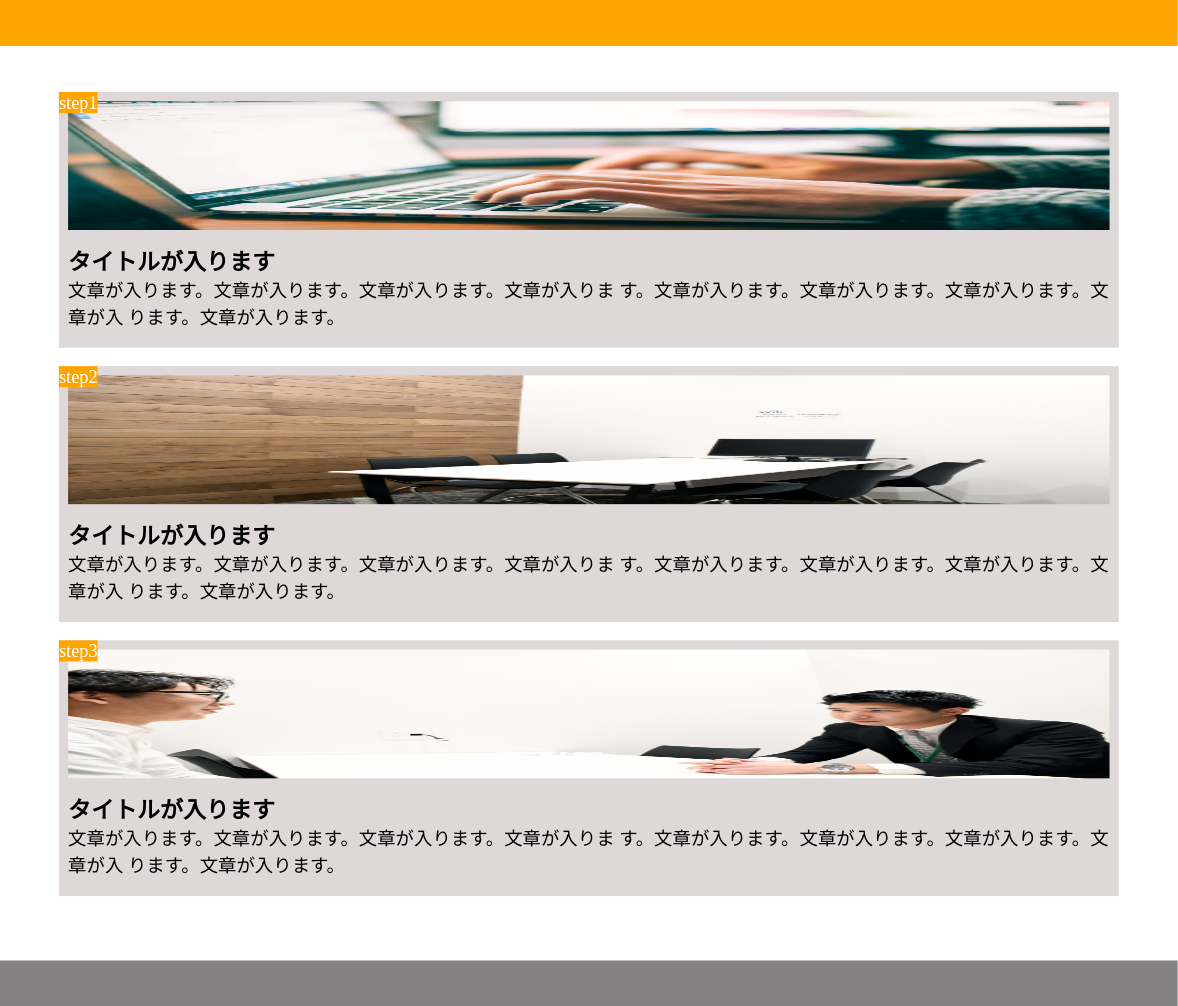
Repository: ishidaryu/ishidaryu
Page: HW/HW.html
The author's editor kept a record of every edit. The page is drawn from the files as they stood at one moment, then again after the next edit.
The browser window is 1280 px wide. The pictures show the whole page, at 92% of full size.

Above is the page before.

### HW/HW.html
<!DOCTYPE html>
<html lang="ja">

  <head>
     <meta charset="UTF-8" />
     <link rel="stylesheet" href="HW.css" />
  </head>

  <body>

    <header></header>


    <main>
      <section class="blog">
        <div calss-="blog-box">

          <div class="blog-item">
            <div class="blog-box1">
              <img class="blog-image" src="flow01.png" />
              <p style="text-align:center">
                step1
              </p>
            </div>

              <section class="blog-text">
                <h3 class="blog-text-headimg">
                  <p class="blog-title">
                    タイトルが入ります
                  </p>
                </h3>
              <p class="blog-date">
                文章が入ります。文章が入ります。文章が入ります。文章が入りま
                す。文章が入ります。文章が入ります。文章が入ります。文章が入
                ります。文章が入ります。
                </p>
              </section>
            </div>

          <div class="blog-item">
            <div class="blog-box2">

              <img class="blog-image" src="flow02.png" />
               <p style="text-align:center">
                step2
               </p>
            </div>

                <section class="blog-text">
                  <h3 class="blog-text-headimg">
                    <p class="blog-title">
                      タイトルが入ります
                    </p>
                  </h3>
                <p class="blog-date">
                      文章が入ります。文章が入ります。文章が入ります。文章が入りま
                      す。文章が入ります。文章が入ります。文章が入ります。文章が入
                      ります。文章が入ります。
                </p>
                </section>
          </div>

          <div class="blog-item">
            <div class="blog-box3">
              <img class="blog-image" src="flow03.png" />
              <p style="text-align:center">
                step3
              </p>
            </div>
                <section class="blog-text">
                  <h3 class="blog-text-headimg">
                    <p class="blog-title">
                      タイトルが入ります
                    </p>
                </h3>
              <p class="blog-date">
                      文章が入ります。文章が入ります。文章が入ります。文章が入りま
                      す。文章が入ります。文章が入ります。文章が入ります。文章が入
                      ります。文章が入ります。
                </p>
                </section>
            </div>

        </div>
        </section>


    </main>


    <footer></footer>

  </body>
</html>

### HW/HW.css
* {
  margin: 0;
  padding: 0;
  box-sizing: border-box;

}



a {
  text-decoration: none;
}

header {
  width: 100%;
  height: 50px;
  background-color: orange;
}

main {
  width: 100%;
  display: flex;
  justify-content: center;
  margin: 0 auto;
  padding: 50px 0;
}

.blog {
  width: 90%;
  display: flex;
}


.blog-box {
  display: flex;
  flex-warp: wrap;
  padding-top: 50px;
}

.blog-box1 {
  position: relative;
}

.blog-box1 p {
  position: absolute;
  color: white;
  top: 0;
  left: 0;
  margin: 0;
  background: orange;
  font-size: 20px;
}

.blog-box2 {
  position: relative;
}

.blog-box2 p {
  position: absolute;
  color: white;
  top: 0;
  left: 0;
  margin: 0;
  background: orange;
  font-size: 20px;
}

.blog-box3 {
  position: relative;
}

.blog-box3 p {
  position: absolute;
  color: white;
  top: 0;
  left: 0;
  margin: 0;
  background: orange;
  font-size: 20px;
}

.blog-item {
  padding-bottom: 10px;
  margin-bottom: 20px;

  justify-content: flex-start;
  background-color: #dfd8d8;
}

.blog-image {
  width: 100%;
  height: 150px;
  padding: 10px 10px 0 10px;
}

.blog-text {
  padding: 10px;
}

.blog-text-heading {
  padding-bottom: 15px;
}

.blog-title {
  font-size: 25px;
}

.blog-date {
  font-size: 20px;
}


footer {
  width: 100%;
  height: 50px;
  background-color: #848282;
}


@media screen and (max-width:768px) {
    .blog-box {
      display: block;
      width: 100%;

  }

}

After the next edit:
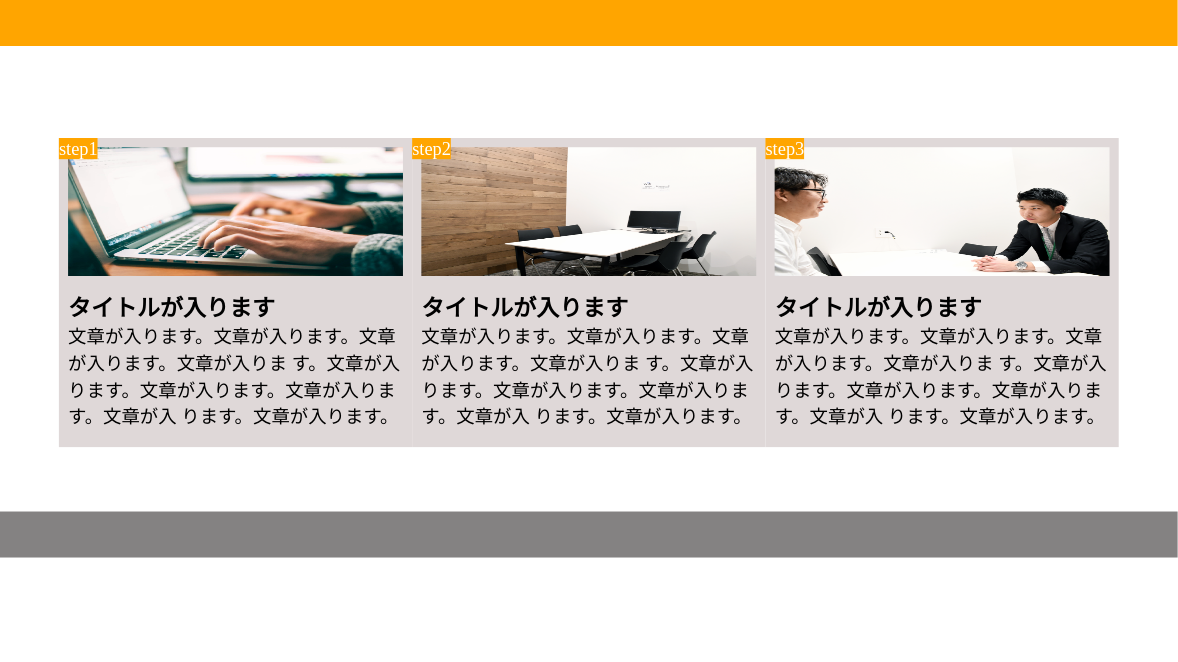
The edit:
--- a/HW/HW.html
+++ b/HW/HW.html
@@ -13,7 +13,7 @@
 
     <main>
       <section class="blog">
-        <div calss-="blog-box">
+        <div class="blog-box">
 
           <div class="blog-item">
             <div class="blog-box1">
